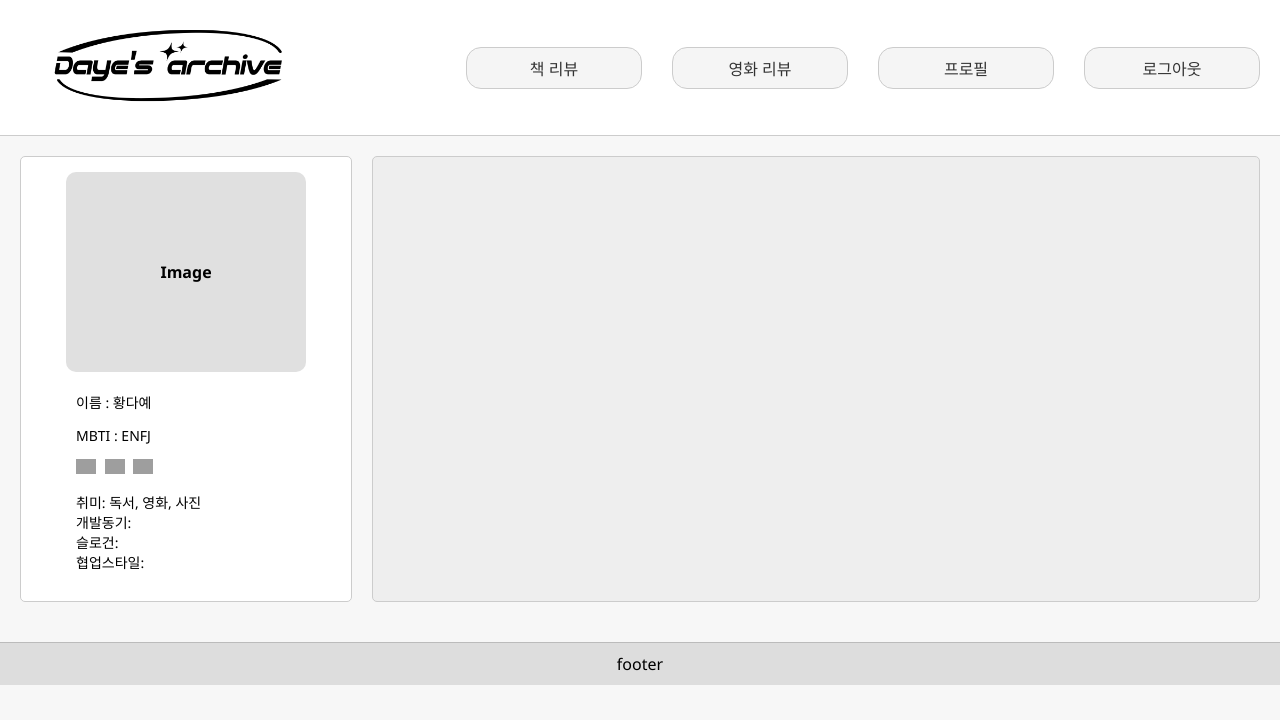
Repository: HWANG-DAYE/spring_project
Page: http://localhost/daye_archive/WEB-INF/views/main.jsp
An editor plug-in stored every save of this project. The page is shown before and after the next save, followed by the edit.
The browser window is 1280 px wide. The pictures show the whole page.
Pictures or frames that could not be fetched are drawn as grey boxes. The page is served by Tomcat 9. Nobody is signed in. Other server files are loaded and not shown. The template is opened directly, without the code that normally fills it, so the values that code supplies are empty.

Above is the page before, as saved 2025-08-06 06:14:12.

### daye_archive/src/main/webapp/WEB-INF/views/main.jsp
<%@ page language="java" contentType="text/html; charset=UTF-8"
	pageEncoding="UTF-8"%>
<%@ taglib uri="http://java.sun.com/jsp/jstl/core" prefix="c"%>
<!DOCTYPE html>
<html lang="ko">
<head>
<meta charset="UTF-8">
<title>메인 페이지</title>
<style>
body {
	margin: 10px;
	font-family: 'Segoe UI', Tahoma, Geneva, Verdana, sans-serif;
	background-color: #f7f7f7;
}

header {
	display: flex;
	justify-content: space-between;
	align-items: center;
	padding: 10px 20px;
	background-color: #ffffff;
	border-bottom: 1px solid #ccc;
}


.container {
	display: flex;
	padding: 20px;
}

.profile {
	width: 300px;
	background-color: #fff;
	border: 1px solid #ccc;
	padding: 15px;
	border-radius: 5px;
	margin-right: 20px;
	text-align: center;
	align-items: center;
}

.profile .image-box {
	width: 80%;
	height: 200px;
	background-color: #e0e0e0;
	border-radius: 10px;
	margin: 0 auto 10px; /* 가운데 정렬을 위해 수정 */
	display: flex;
	justify-content: center;
	align-items: center;
	font-weight: bold;
}

.profile .info {
	text-align: left;
	font-size: 14px;
	margin-top: 20px;
	margin-left: 40px;
}

.profile .sns {
	margin: 8px 0;
}

.profile .sns img {
	width: 20px;
	margin-right: 5px;
}

.content {
	flex: 1;
	background-color: #eeeeee;
	border: 1px solid #ccc;
	border-radius: 5px;
	min-height: 400px;
}

footer {
	text-align: center;
	padding: 10px;
	background-color: #ddd;
	border-top: 1px solid #bbb;
	margin-top: 20px;
}
</style>
</head>
<body>

	<header>
		<jsp:include page="navi.jsp" />
	</header>

	<div class="container">
		<div class="profile">
			<div class="image-box">Image</div>
			<div class="info">
				<p>이름 : 황다예</p>
				<p>MBTI : ENFJ</p>
				<div class="sns">
					<img src="img/github.png" alt="GitHub"> <img
						src="img/velog.png" alt="Velog"> <img src="img/notion.png"
						alt="Notion">
				</div>
				<p>
					취미: 독서, 영화, 사진<br> 개발동기: <br> 슬로건: <br> 협업스타일:
				</p>
			</div>
		</div>

		<div class="content">
			<!-- 중앙 컨텐츠 영역 -->
		</div>
	</div>

	<footer> footer </footer>

</body>
</html>

### daye_archive/src/main/webapp/WEB-INF/views/navi.jsp
<%@ page language="java" contentType="text/html; charset=UTF-8"
	pageEncoding="UTF-8"%>
<!DOCTYPE html>
<html>
<head>
<meta charset="UTF-8">
<title>Insert title here</title>
<style>
body {
	margin: 0;
	font-family: 'Segoe UI', Tahoma, Geneva, Verdana, sans-serif;
	background-color: #f7f7f7;
}

header {
	display: flex;
	align-items: center;
	padding: 10px 20px;
	background-color: #ffffff;
	border-bottom: 1px solid #ccc;
}

.logo-img {
	height: 80px;
	padding: 15px 30px;
	object-fit: contain;
}

.container {
	display: flex;
	padding: 20px;
}

.nav-links {
	display: flex;
	gap: 30px;
}

.nav-links a {
	width: 150px;
	heigh: 100px;
	text-decoration: none;
	text-align: center;
	color: #333;
	padding: 8px 12px;
	border-radius: 15px;
	border: 1px solid #ccc;
	background-color: #f5f5f5;
	transition: background-color 0.2s;
	align-items: left;
}

.nav-links a:hover {
	background-color: #e0e0e0;
}
</style>
</head>
<body>
	<!-- navi.jsp -->
	<div class="logo">
		<a href="main.jsp"> <img
			src="${pageContext.request.contextPath}/resources/images/logo1.png"
			alt="Logo" class="logo-img">
		</a>
	</div>

	<nav class="nav-links">
		<a href="bookList.jsp">책 리뷰</a>
		<a href="movieList.jsp">영화 리뷰</a>
		<a href="profile.jsp">프로필</a>
		<a href="logout.jsp">로그아웃</a>
	</nav>


</body>
</html>

After the next save:
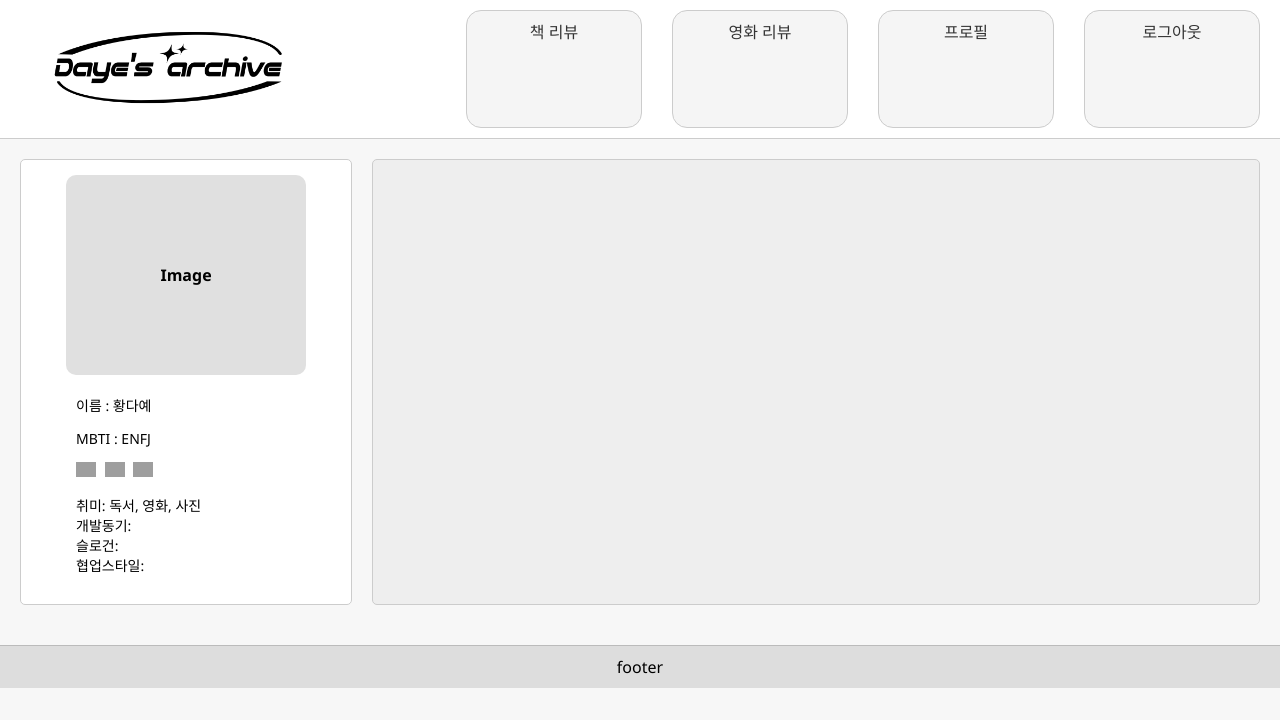
Saved 92 s later.
--- a/daye_archive/src/main/webapp/WEB-INF/views/navi.jsp
+++ b/daye_archive/src/main/webapp/WEB-INF/views/navi.jsp
@@ -34,11 +34,12 @@ header {
 .nav-links {
 	display: flex;
 	gap: 30px;
+	justify-content: flex-start;
 }
 
 .nav-links a {
 	width: 150px;
-	heigh: 100px;
+	height: 100px;
 	text-decoration: none;
 	text-align: center;
 	color: #333;
@@ -47,7 +48,9 @@ header {
 	border: 1px solid #ccc;
 	background-color: #f5f5f5;
 	transition: background-color 0.2s;
+	display: flex;
 	align-items: left;
+	justify-content: center;
 }
 
 .nav-links a:hover {
